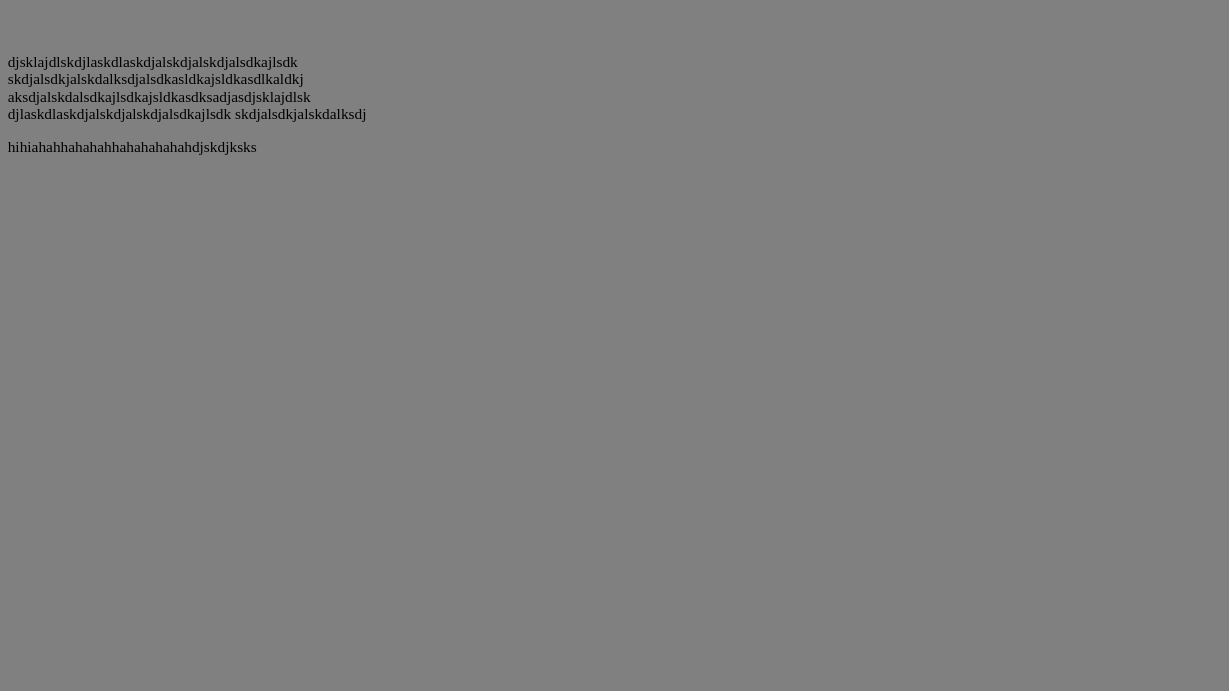
Repository: hanj291/hanj291.github.io
Page: page2.html
The author's editor kept a record of every edit. The page is drawn from the files as they stood at one moment, then again after the next edit.
The browser window is 1280 px wide. The pictures show the whole page, at 96% of full size.

Above is the page before.

### page2.html
<!DOCTYPE html>
<html>
	<head>
		<title>Hello, world.</title>
		<link href="column.css" rel="stylesheet">
	</head>
	<body>

	<div class="wrapper">
		<div class="column"></div>
		<p>djsklajdlskdjlaskdlaskdjalskdjalskdjalsdkajlsdk
			skdjalsdkjalskdalksdjalsdkasldkajsldkasdlkaldkj
			aksdjalskdalsdkajlsdkajsldkasdksadjasdjsklajdlsk
			djlaskdlaskdjalskdjalskdjalsdkajlsdk
			skdjalsdkjalskdalksdj </p>
		<div class="clear"></div>
		hihiahahhahahahhahahahahahdjskdjksks
	</div>
	</body>
</html>

### column.css
body {
    background-color: gray;
}

.wrapper {
    width: 400px;
}

.sprite {
    width: 200px;
    height: 200px;
    background: url(acti.jpg);
}

.column {
    width: 160px;
    padding: 20px;
    float: right;
}

.clear {
    clear: both;
}

After the next edit:
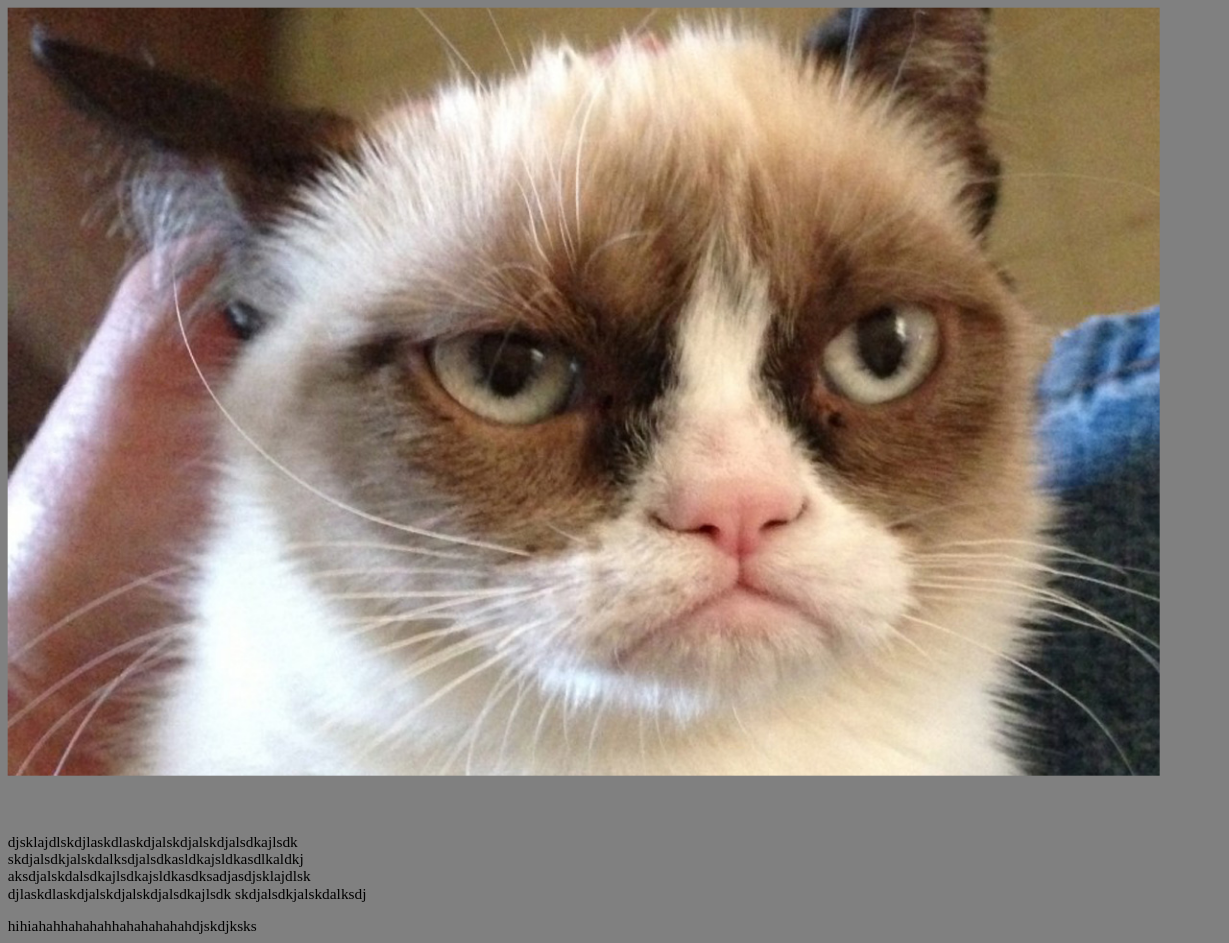
The edit:
--- a/page2.html
+++ b/page2.html
@@ -5,8 +5,10 @@
 		<link href="column.css" rel="stylesheet">
 	</head>
 	<body>
+	<img src="cat.jpg">
 
 	<div class="wrapper">
+
 		<div class="column"></div>
 		<p>djsklajdlskdjlaskdlaskdjalskdjalskdjalsdkajlsdk
 			skdjalsdkjalskdalksdjalsdkasldkajsldkasdlkaldkj
